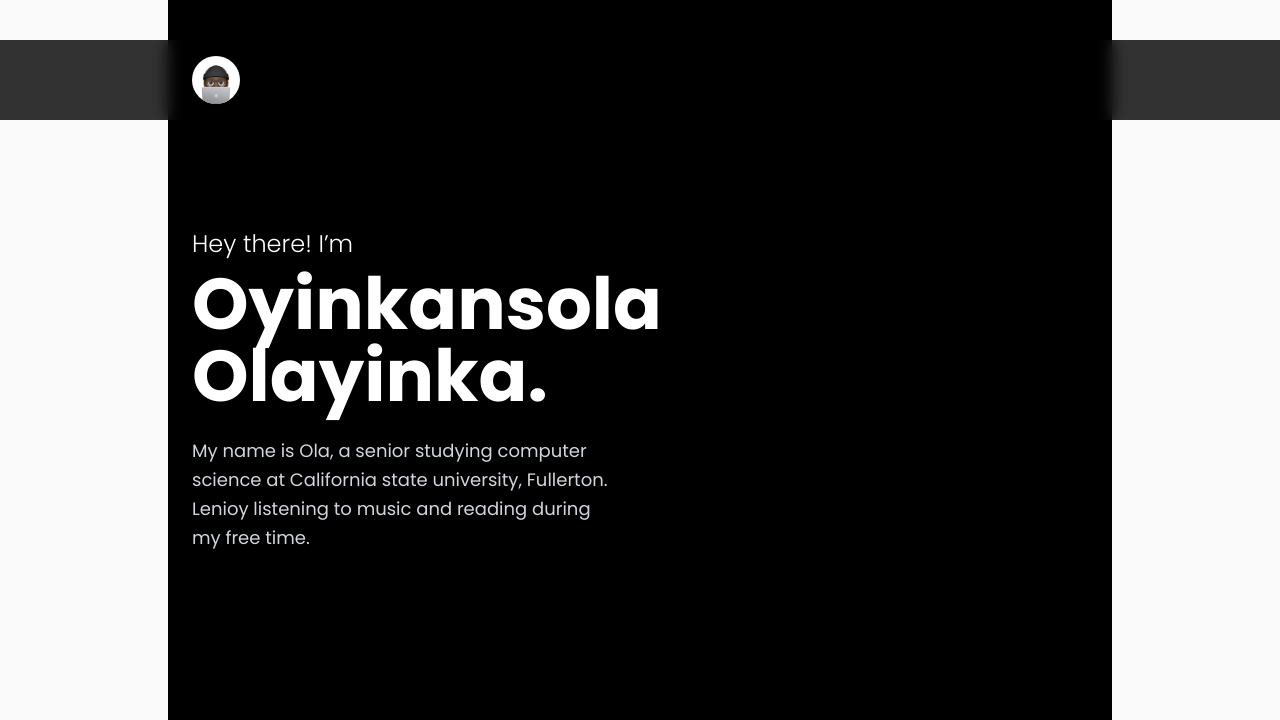
Repository: olasores/olasores-portfolio
Page: /
The author's editor kept a copy of each file at every save. The page is drawn from the files as they stood at one save, then again after the next save.
The browser window is 1280 px wide. The pictures show the whole page.
The project was rebuilt for these pictures with package versions that can differ from the ones it lists, and the page was loaded fresh each time. The framework's server and built-in components were replaced by stand-ins that run in the browser. Also part of the build but not shown: next.config.ts.

Above is the page before, as saved 2025-11-11 12:34:56.

### app/layout.tsx
import type { Metadata } from "next";
import { Poppins } from "next/font/google";
import "./globals.css";
import Navbar from "./components/Navbar";

const poppins = Poppins({
  variable: "--font-poppins",
  weight: ["300", "400", "500", "600", "700"],
  subsets: ["latin"],
});

export const metadata: Metadata = {
  title: "Create Next App",
  description: "Generated by create next app",
};

export default function RootLayout({
  children,
}: Readonly<{
  children: React.ReactNode;
}>) {
  return (
    <html lang="en">
      <body
        className={`${poppins.variable} antialiased`}
      >
        <Navbar />
        {children}
      </body>
    </html>
  );
}

### app/page.tsx
import Image from "next/image";
import HomeSection from "./components/HomeSection";

export default function Home() {
  return (

    <div className="flex min-h-screen items-center justify-center bg-zinc-50 font-sans dark:bg-black">
      <HomeSection />
    </div>
  );
}

### app/globals.css
@import "tailwindcss";

:root {
  --background: #ffffff;
  --foreground: #171717;
}

@theme inline {
  --color-background: var(--background);
  --color-foreground: var(--foreground);
  --font-sans: var(--font-poppins);
}

@media (prefers-color-scheme: dark) {
  :root {
    --background: #0a0a0a;
    --foreground: #ededed;
  }
}

* {
  font-family: 'Poppins', sans-serif;
}

body {
  background: var(--background);
  color: var(--foreground);
}

### app/components/Navbar.tsx
export default function Navbar() {
    return (
        <nav className="fixed top-10 w-full bg-black/80 backdrop-blur-sm px-6 py-4 z-50">
            <div className="max-w-4xl mx-auto flex items-center justify-between">
                {/* Logo */}
                <div className="relative w-12 h-12 rounded-full bg-white overflow-hidden flex items-center justify-center">
                    <img
                        src="/assets/olaimg2.webp"
                        alt="Oyinkansola Olayinka Logo"
                        className="w-full h-full object-cover"
                    />
                </div>

                {/* Links */}
                {/* <div className="flex gap-8 text-white">
                    <a href="#" className="hover:text-gray-400 transition">
                        Github ↗
                    </a>
                    <a href="#" className="hover:text-gray-400 transition">
                        linkedin ↗
                    </a>
                    <a href="#" className="hover:text-gray-400 transition">
                        Resume ↗
                    </a>
                </div> */}
            </div>
        </nav>
    );
}

### app/components/HomeSection.tsx


export default function HomeSection() {
    return (
        <div className="flex min-h-screen items-center justify-center bg-black font-sans dark:bg-black px-6 py-5 pt-20">
            <div className="grid grid-cols-1 md:grid-cols-2 gap-12 max-w-4xl w-full items-center">
                {/* Left side: Text content */}
                <div className="flex flex-col gap-6 items-center md:items-start">
                    <div>
                        <h2 className="text-xl md:text-2xl font-light text-white mb-2">
                            Hey there! I&rsquo;m
                        </h2>
                        <h1 className="text-5xl md:text-7xl font-bold text-white">
                            Oyinkansola Olayinka.
                        </h1>
                    </div>

                    <p className="text-base md:text-lg text-gray-300 leading-relaxed max-w-lg">
                        My name is Ola, a senior studying computer science at California state university, Fullerton. Lenioy listening to music and reading during my free time.
                    </p>

                    {/* Links */}
                    {/* <div className="flex gap-6 text-lg md:text-xl text-white">
                        <a href="#" className="hover:text-gray-400 transition">
                            Github ↗
                        </a>
                        <a href="#" className="hover:text-gray-400 transition">
                            linkedin ↗
                        </a>
                        <a href="#" className="hover:text-gray-400 transition">
                            Resume ↗
                        </a>
                    </div> */}
                </div>
            </div>
        </div>
    );
}

After the next save:
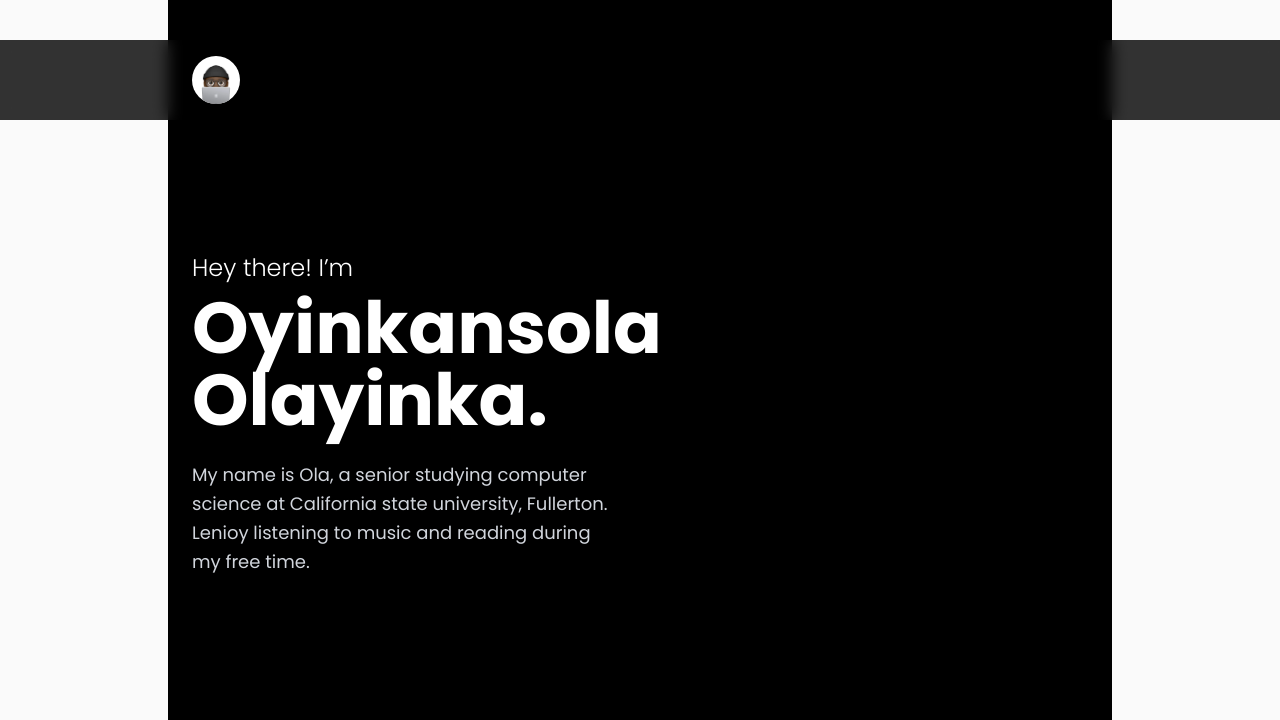
Saved 45 s later.
--- a/app/components/HomeSection.tsx
+++ b/app/components/HomeSection.tsx
@@ -2,7 +2,7 @@
 
 export default function HomeSection() {
     return (
-        <div className="flex min-h-screen items-center justify-center bg-black font-sans dark:bg-black px-6 py-5 pt-20">
+        <div className="flex min-h-screen items-center justify-center bg-black font-sans dark:bg-black px-6 py-5 pt-32">
             <div className="grid grid-cols-1 md:grid-cols-2 gap-12 max-w-4xl w-full items-center">
                 {/* Left side: Text content */}
                 <div className="flex flex-col gap-6 items-center md:items-start">
